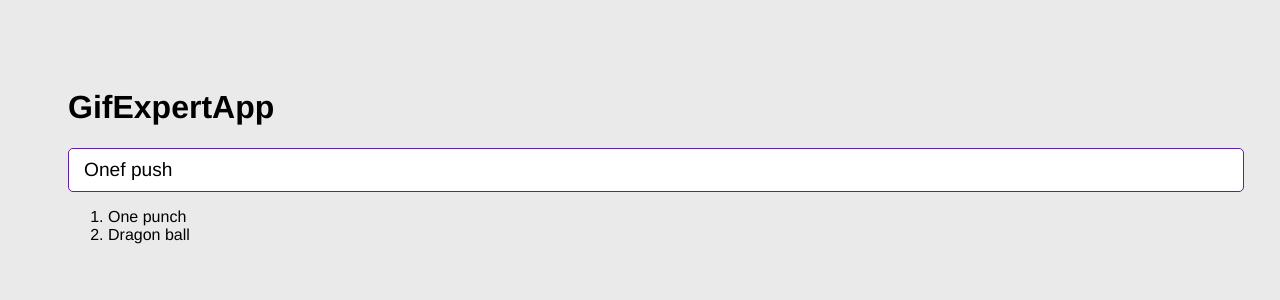
Repository: mmg0206/react-gif-expert
Page: /
These files come from the project's save history. The page is drawn as it stood at one moment and after the next save; the edit follows.
The browser window is 1280 px wide. The pictures show the whole page.
The project was rebuilt for these pictures with package versions that can differ from the ones it lists, and the page was loaded fresh each time. Also part of the build but not shown: vite.config.js.

Above is the page before, as saved 2024-04-15 11:36:27.

### src/main.jsx
import React from 'react'
import ReactDOM from 'react-dom/client'
import { GifExpertApp } from './GifExpertApp.jsx'
import './styles.css';

if (import.meta.hot) {
  import.meta.hot.on(
    "vite:beforeUpdate",
    /* eslint-disable-next-line no-console */
    () => console.clear()
  );
}

ReactDOM.createRoot(document.getElementById('root')).render(
  <React.StrictMode>
    <GifExpertApp/>
  </React.StrictMode>
)

### src/GifExpertApp.jsx
import { useState } from "react";
import {AddCategory} from "./components/AddCategory";

export const GifExpertApp = () => {
  // const apiKey ='Ls33XwmjLip5m9fo9lFfzjgpz7a8Isa8';
  const [categories, setCategories] = useState(['One punch', 'Dragon ball']);

  const onAddCategory = (newValue)=>{
    setCategories(categories.concat(newValue));
  }


  return (
    <>
      {/* titulo */}
      <h1>GifExpertApp</h1>

      {/* input */}
      <AddCategory
        // setCategories={setCategories}
        onNewCategory={ event => onAddCategory(event)}
      />

      {/* listado de gifs */}
      <ol>
        {
          categories.map(el =>{
              return <li key={el}>{el}</li>
          })
        }
      </ol>
        {/* Gif item */}
    </>
  )
}

### src/components/AddCategory.jsx
import { useState } from "react"

export const AddCategory = ({onNewCategory}) => {
    const [inputValue, setInputValue] = useState('Onef push');

    const onInputChange = ({target})=>{
        setInputValue(target.value)
    }

    const onSubmit = (event) =>{
        event.preventDefault();
        if(inputValue.trim().length <=1) return;
        onNewCategory(inputValue);
        setInputValue('');
    }

    return (
        <form onSubmit={(e)=>onSubmit(e)}>
            <input
                type="text"
                placeholder="Buscar gifs"
                value={inputValue}
                onChange={(e)=>onInputChange(e)}
            />
        </form>
    )
}

Loaded but not shown: index.html (common file); src/styles.css (common file)

After the next save:
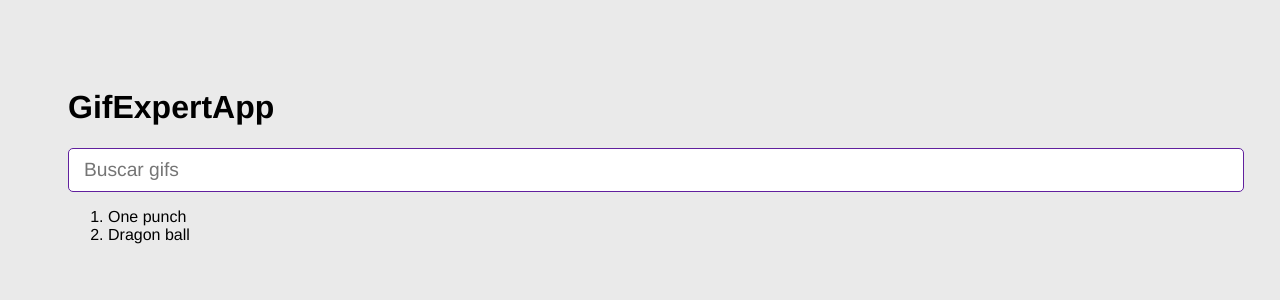
Saved 17 min 0 s later.
--- a/src/components/AddCategory.jsx
+++ b/src/components/AddCategory.jsx
@@ -1,7 +1,7 @@
 import { useState } from "react"
 
 export const AddCategory = ({onNewCategory}) => {
-    const [inputValue, setInputValue] = useState('Onef push');
+    const [inputValue, setInputValue] = useState('');
 
     const onInputChange = ({target})=>{
         setInputValue(target.value)
